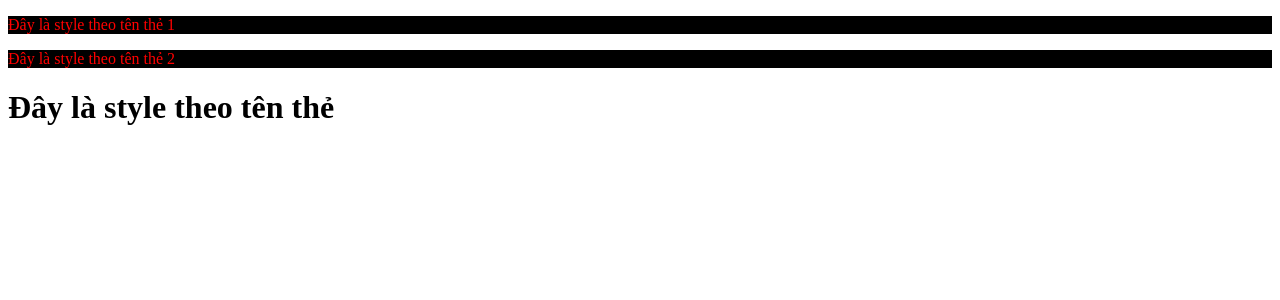
Repository: longNT0dev/C4E132
Page: SS3/index.html
An editor plug-in stored every save of this project. The page is shown before and after a run of saves, followed by the edit.
The browser window is 1280 px wide. The pictures show the whole page.

Above is the page before, as saved 2022-09-28 21:16:19.

### SS3/index.html
<!DOCTYPE html>
<html lang="en">
<head>
    <meta charset="UTF-8">
    <meta http-equiv="X-UA-Compatible" content="IE=edge">
    <meta name="viewport" content="width=device-width, initial-scale=1.0">
    <title>Document</title>
    <link rel="stylesheet" href="style.css">


</head>
<body>
    <p>Đây là style theo tên thẻ 1</p>
    <p>Đây là style theo tên thẻ 2</p>
    <h1 class="class-1">Đây là style theo tên thẻ</h1>
    <!-- <h1 id="id-1">Đây là style theo tên thẻ</h1> -->
</body>
</html>

### SS3/style.css
/* selector  */

/* Chọn theo tên thẻ */
p {
    color: red;
    background-color: black;
}

/* Chọn theo class */
.class-1

After the next 5 saves:
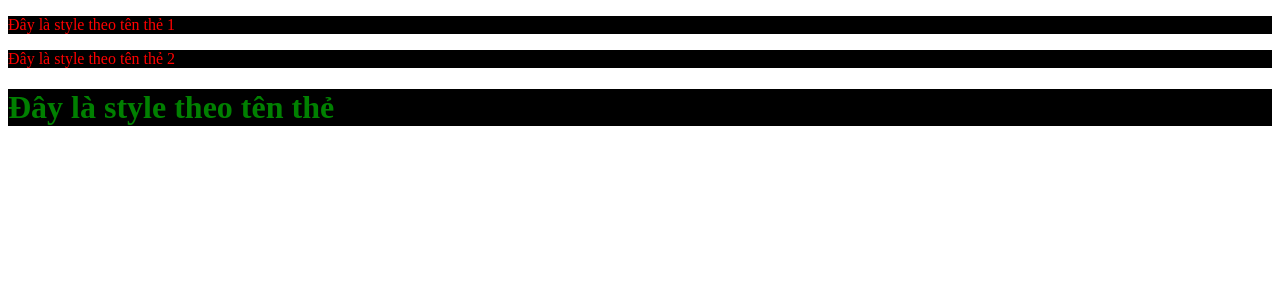
The 5 saves are shown as one change because they came seconds apart.
The last was saved 14 s later.
--- a/SS3/style.css
+++ b/SS3/style.css
@@ -7,4 +7,7 @@
 }
 
 /* Chọn theo class */
-.class-1
+.class-1 {
+    color: green;
+    background-color: black;
+}
